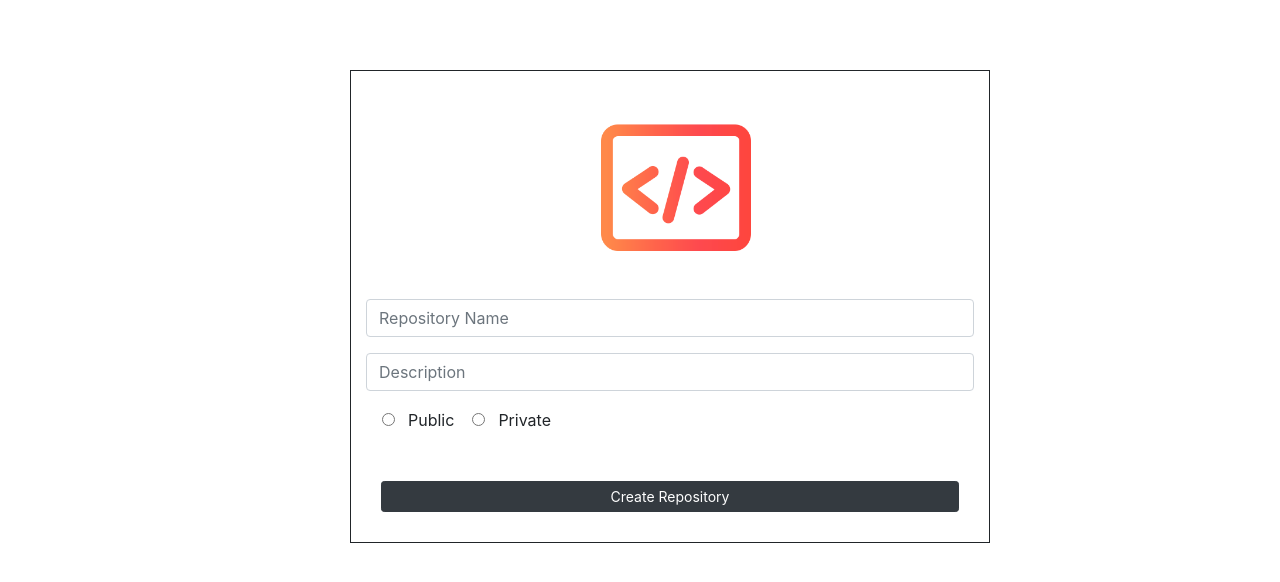
Repository: rashmikagamage/OAuth-Implementation
Page: /auth/github/callback (app in frontend/)
These files come from the project's save history. The page is drawn as it stood at one moment and after the next save; the edit follows.
The browser window is 1280 px wide. The pictures show the whole page.
Some web libraries are served in a nearby version. The project was rebuilt for these pictures with package versions that can differ from the ones it lists, and the page was loaded fresh each time. Also part of the build but not shown: frontend/src/css/twitter.css, frontend/src/components/login.js, frontend/src/components/twitter-home.js, frontend/src/components/login-git.js, frontend/src/App.css.

Above is the page before, as saved 2021-09-08 17:55:50.

### frontend/public/index.html
<!DOCTYPE html>
<html lang="en">
  <head>
    <meta charset="utf-8" />
    <link rel="icon" href="%PUBLIC_URL%/favicon.ico" />
    <meta name="viewport" content="width=device-width, initial-scale=1" />
    <meta name="theme-color" content="#000000" />
    <meta
      name="description"
      content="Web site created using create-react-app"
    />
    <link rel="apple-touch-icon" href="%PUBLIC_URL%/logo192.png" />
    <!--
      manifest.json provides metadata used when your web app is installed on a
      user's mobile device or desktop. See https://developers.google.com/web/fundamentals/web-app-manifest/
    -->
    <link rel="manifest" href="%PUBLIC_URL%/manifest.json" />
    <link rel="stylesheet" href="https://pro.fontawesome.com/releases/v5.13.0/css/all.css">
    <link rel="shortcut icon" href="%PUBLIC_URL%/favicon.ico">
    <!--
      Notice the use of %PUBLIC_URL% in the tags above.
      It will be replaced with the URL of the `public` folder during the build.
      Only files inside the `public` folder can be referenced from the HTML.

      Unlike "/favicon.ico" or "favicon.ico", "%PUBLIC_URL%/favicon.ico" will
      work correctly both with client-side routing and a non-root public URL.
      Learn how to configure a non-root public URL by running `npm run build`.
    -->
    <link rel="stylesheet" href="https://maxcdn.bootstrapcdn.com/bootstrap/4.0.0/css/bootstrap.min.css" integrity="sha384-Gn5384xqQ1aoWXA+058RXPxPg6fy4IWvTNh0E263XmFcJlSAwiGgFAW/dAiS6JXm" crossorigin="anonymous">
    <title>React App</title>

  </head>
  <body>

    <noscript>You need to enable JavaScript to run this app.</noscript>
    <div id="root"></div>
    <!--
      This HTML file is a template.
      If you open it directly in the browser, you will see an empty page.

      You can add webfonts, meta tags, or analytics to this file.
      The build step will place the bundled scripts into the <body> tag.

      To begin the development, run `npm start` or `yarn start`.
      To create a production bundle, use `npm run build` or `yarn build`.
    -->
    <script src="https://code.jquery.com/jquery-3.2.1.slim.min.js" integrity="sha384-KJ3o2DKtIkvYIK3UENzmM7KCkRr/rE9/Qpg6aAZGJwFDMVNA/GpGFF93hXpG5KkN" crossorigin="anonymous"></script>
    <script src="https://cdnjs.cloudflare.com/ajax/libs/popper.js/1.12.9/umd/popper.min.js" integrity="sha384-ApNbgh9B+Y1QKtv3Rn7W3mgPxhU9K/ScQsAP7hUibX39j7fakFPskvXusvfa0b4Q" crossorigin="anonymous"></script>
    <script src="https://maxcdn.bootstrapcdn.com/bootstrap/4.0.0/js/bootstrap.min.js" integrity="sha384-JZR6Spejh4U02d8jOt6vLEHfe/JQGiRRSQQxSfFWpi1MquVdAyjUar5+76PVCmYl" crossorigin="anonymous"></script>
  </body>
</html>

### frontend/src/App.js
import Login from './components/login';
import GitHome from './components/git-home';
import TwitterHome from './components/twitter-home';
import LoginGit from './components/login-git';
import {BrowserRouter as Router, Route} from "react-router-dom";
import './App.css';


function App() {
  return (

    <Router>{
      <div>
          <switch>
              <Route path="/login" component={Login}/>
              <Route path="/logingit" component={LoginGit}/>
              <Route path="/auth/github/callback" component={GitHome}/>
              <Route path="/twitterHome" component={TwitterHome}/>

          </switch>
      </div>
  }

  </Router>
  );
}

export default App;

### frontend/src/components/git-home.js
import "../css/git.css";
import code from "../images/code.png";
import React, { useState } from "react";
const axios = require("axios").default;

function GitHome(props) {
  function getRepos() {}
  return (
    <div class="main">
       <img src={code} alt="Avatar" class="img"></img>
      <form>
        <div class="form-group row mt-5">
          <input
            type="text"
            class="form-control"
            id="formGroupExampleInput"
            placeholder="Repository Name"
          ></input>
          <input
            type="text"
            class="form-control mt-3"
            id="formGroupExampleInput"
            placeholder="Description"
          ></input>
        </div>
        <table>
          <tr>
            <td>
              <div class="form-check">
                <input
                  class="form-check-input position-static"
                  type="radio"
                  name="public"
                  id="true"
                  value="option1"
                  aria-label="..."
                ></input>
              </div>
            </td>
            <td>
              <label class="form-check-label ml-1 mr-3" for="exampleRadios2">
                Public
              </label>
            </td>
            <td>
              <div class="form-check">
                <input
                  class="form-check-input position-static"
                  type="radio"
                  name="private"
                  id="false"
                  value="false"
                  aria-label="..."
                ></input>
              </div>
            </td>
            <td>
              <label class="form-check-label ml-1 mr-3" for="exampleRadios2">
                Private
              </label>
            </td>
          </tr>
        </table>
      </form>
      <button type="button" class="btn btn-dark btn-sm btn-block mt-5">Create Repository</button>
    </div>
  );
}

export default GitHome;

### frontend/src/css/git.css
.main{
  margin-top: 70px;
  margin-left: 350px;
  width: 50%;
  border-style: solid;
  border-width: 1px;
  padding: 30px;



}
.img{
    width: 150px;
    margin-left: 220px;
}

Loaded but not shown: frontend/src/index.js (common file); frontend/src/index.css (common file); frontend/src/reportWebVitals.js (common file)

After the next save:
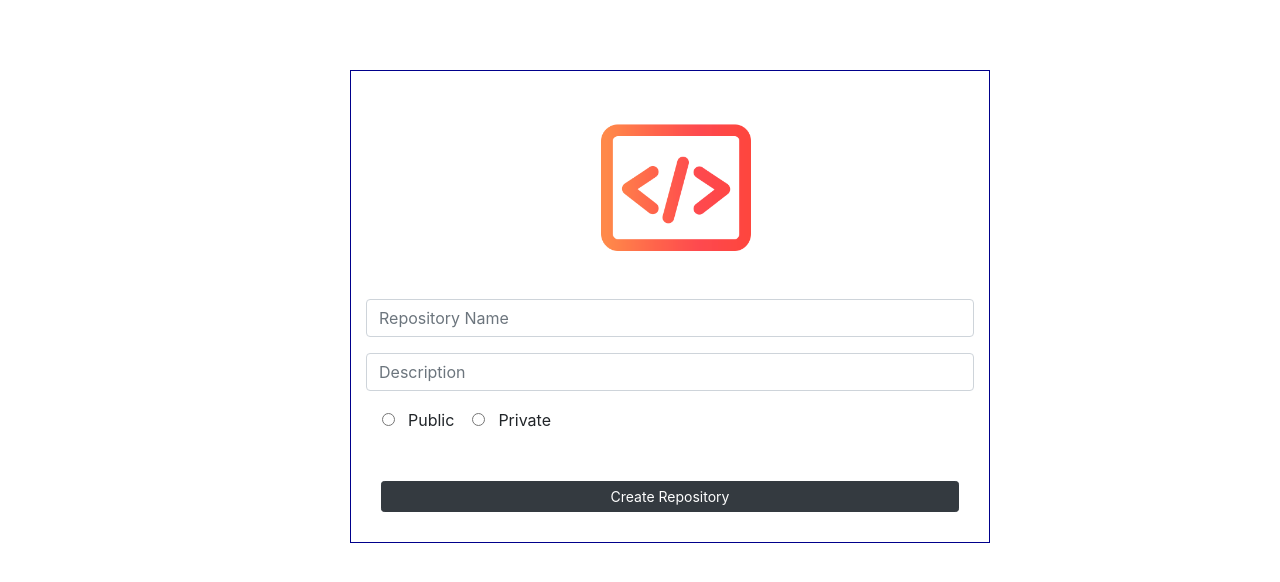
Saved 31 s later.
--- a/frontend/src/css/git.css
+++ b/frontend/src/css/git.css
@@ -2,8 +2,7 @@
   margin-top: 70px;
   margin-left: 350px;
   width: 50%;
-  border-style: solid;
-  border-width: 1px;
+  border: 1px solid darkblue;
   padding: 30px;
 
 
